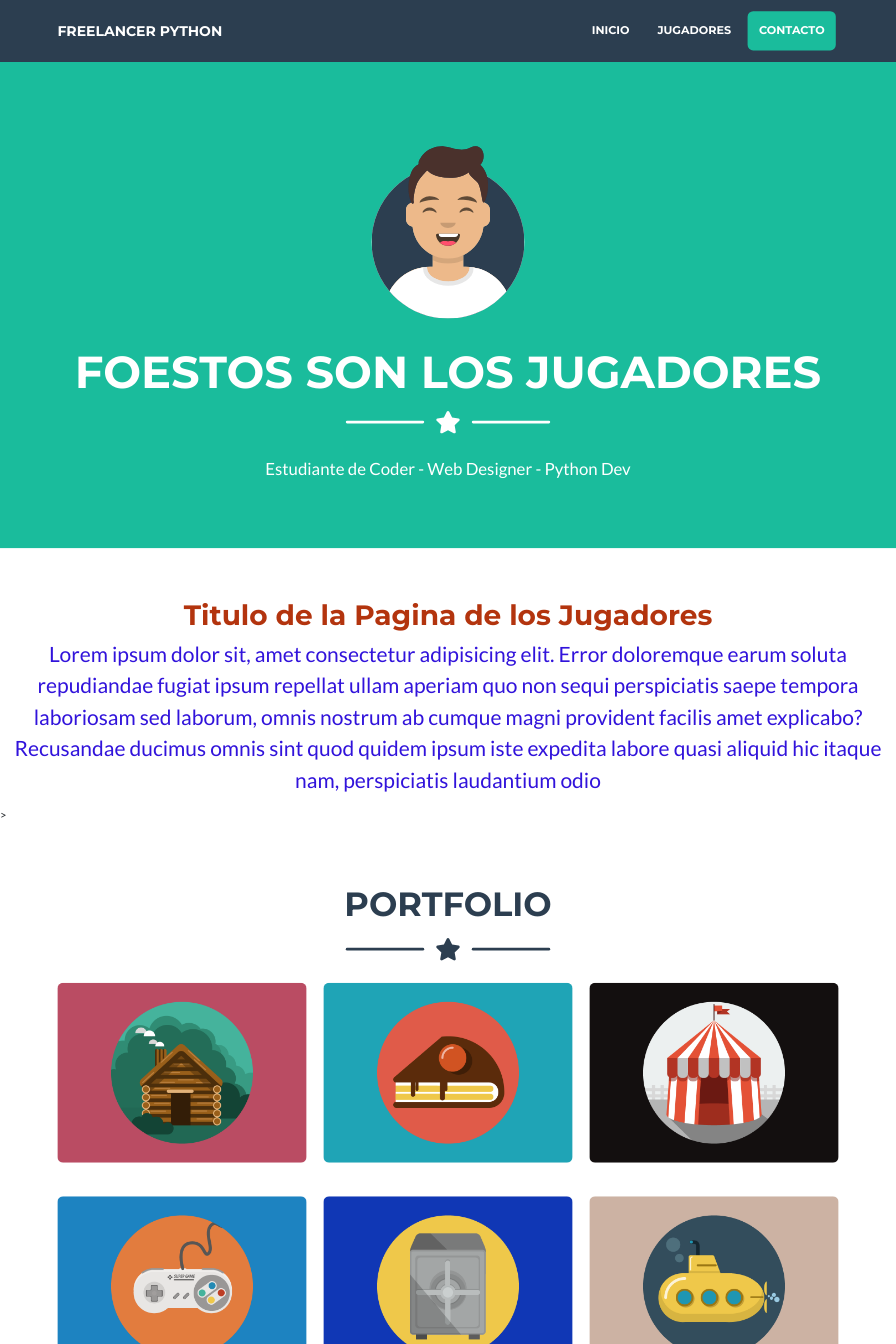
Repository: gadiazsaavedra/Familiares
Page: ProyectoFamiliar/AppFamiliar/templates/AppFamiliar/abuelosFormularios.html
The author's editor kept a copy of each file at every save. The page is drawn from the files as they stood at one save, then again after a run of saves.
The browser window is 1280 px wide. The pictures show the part of the page from y = 0 to 1920 px (the page is 4315 px tall before and 4371 px after), at 70% of full size.
The template is drawn by Django 3.2. The application's start-up code is not run. Other server files are loaded and not shown. The template is opened directly, without the code that normally fills it, so the values that code supplies are empty.

Above is the page before, as saved 2021-12-11 11:15:13.

### ProyectoFamiliar/ProyectoFamiliar/AppFamiliar/templates/AppFamiliar/abuelosFormularios.html
{% extends "AppFamiliar/padre.html" %}


{% load static %}

        {% block contenido2 %}
        <h1 class="masthead-heading text-uppercase mb-0">FoESTOS SON LOS JUGADORES</h1>
        {% endblock %}


{% block contenido %}

<br>
<br>
<br>
<h1 style="text-align: center; color:rgb(179, 52, 14); font-size:40px">Titulo de la Pagina de los Jugadores</h1>

<p style="text-align: center; color:rgb(49, 19, 219); font-size:30px">Lorem ipsum dolor sit, amet consectetur adipisicing elit. Error doloremque earum soluta repudiandae fugiat ipsum repellat ullam aperiam quo non sequi perspiciatis saepe tempora laboriosam sed laborum, omnis nostrum ab cumque magni provident facilis amet explicabo? Recusandae ducimus omnis sint quod quidem ipsum iste expedita labore quasi aliquid hic itaque nam, perspiciatis laudantium odio</p>
        <form action="/AppFamiliar/estadioFormulario" methods="POST" {% csrf_token %}>


        </form>

{% endblock %}

Loaded but not shown: ProyectoFamiliar/ProyectoFamiliar/AppFamiliar/static/AppFamiliar/css/styles.css (library); ProyectoFamiliar/ProyectoFamiliar/AppFamiliar/static/AppFamiliar/assets/img/avataaars.svg (248 lines, source omitted); ProyectoFamiliar/ProyectoFamiliar/AppFamiliar/static/AppFamiliar/js/scripts.js (54 lines, source omitted); ProyectoFamiliar/ProyectoFamiliar/AppFamiliar/templates/AppFamiliar/padre.html (473 lines, source omitted)

After the next 2 saves:
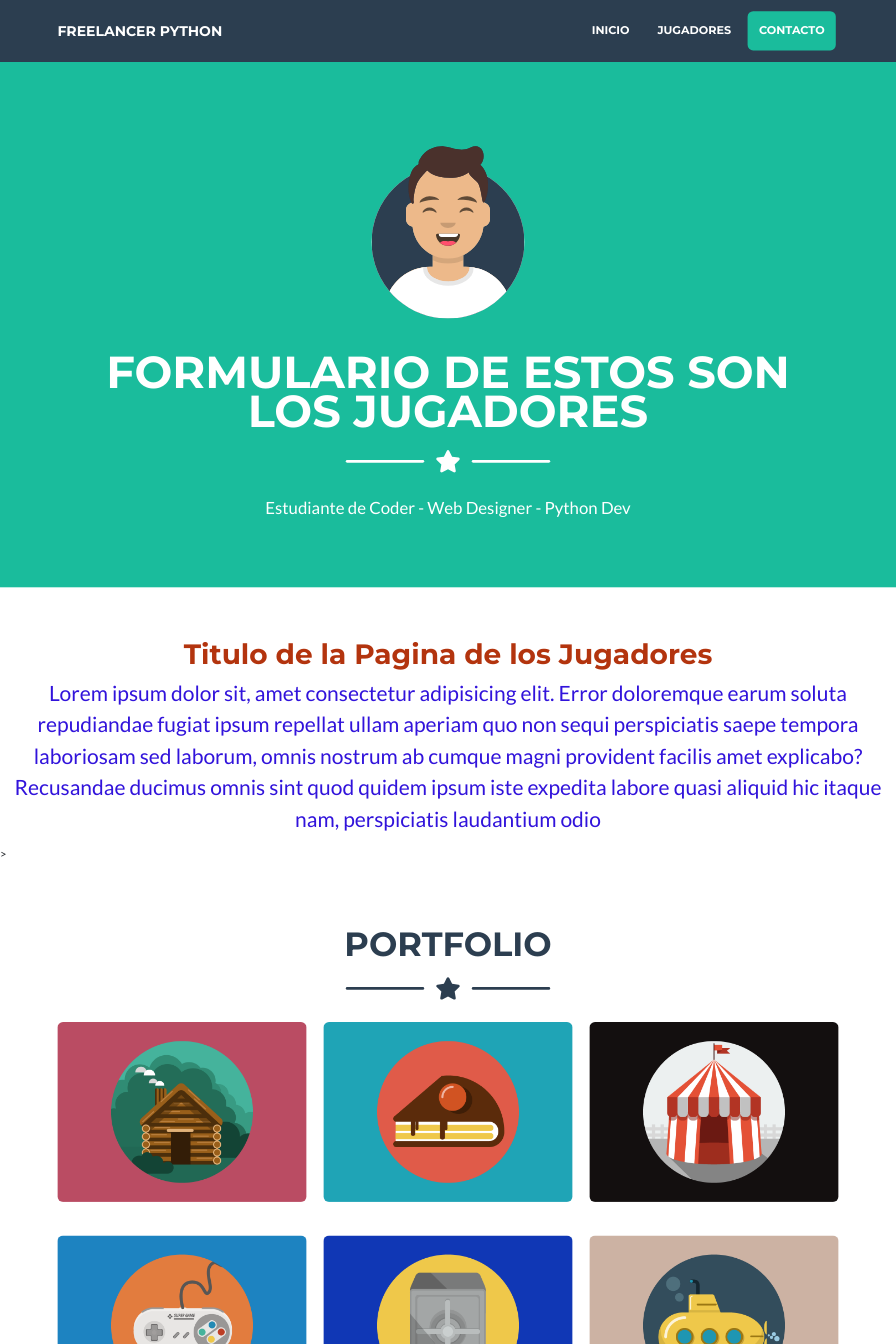
The 2 saves are shown as one change because they came seconds apart.
The last was saved 7 s later.
--- a/ProyectoFamiliar/ProyectoFamiliar/AppFamiliar/templates/AppFamiliar/abuelosFormularios.html
+++ b/ProyectoFamiliar/ProyectoFamiliar/AppFamiliar/templates/AppFamiliar/abuelosFormularios.html
@@ -4,7 +4,7 @@
 {% load static %}
 
         {% block contenido2 %}
-        <h1 class="masthead-heading text-uppercase mb-0">FoESTOS SON LOS JUGADORES</h1>
+        <h1 class="masthead-heading text-uppercase mb-0">Formulario de ESTOS SON LOS JUGADORES</h1>
         {% endblock %}
 
 
